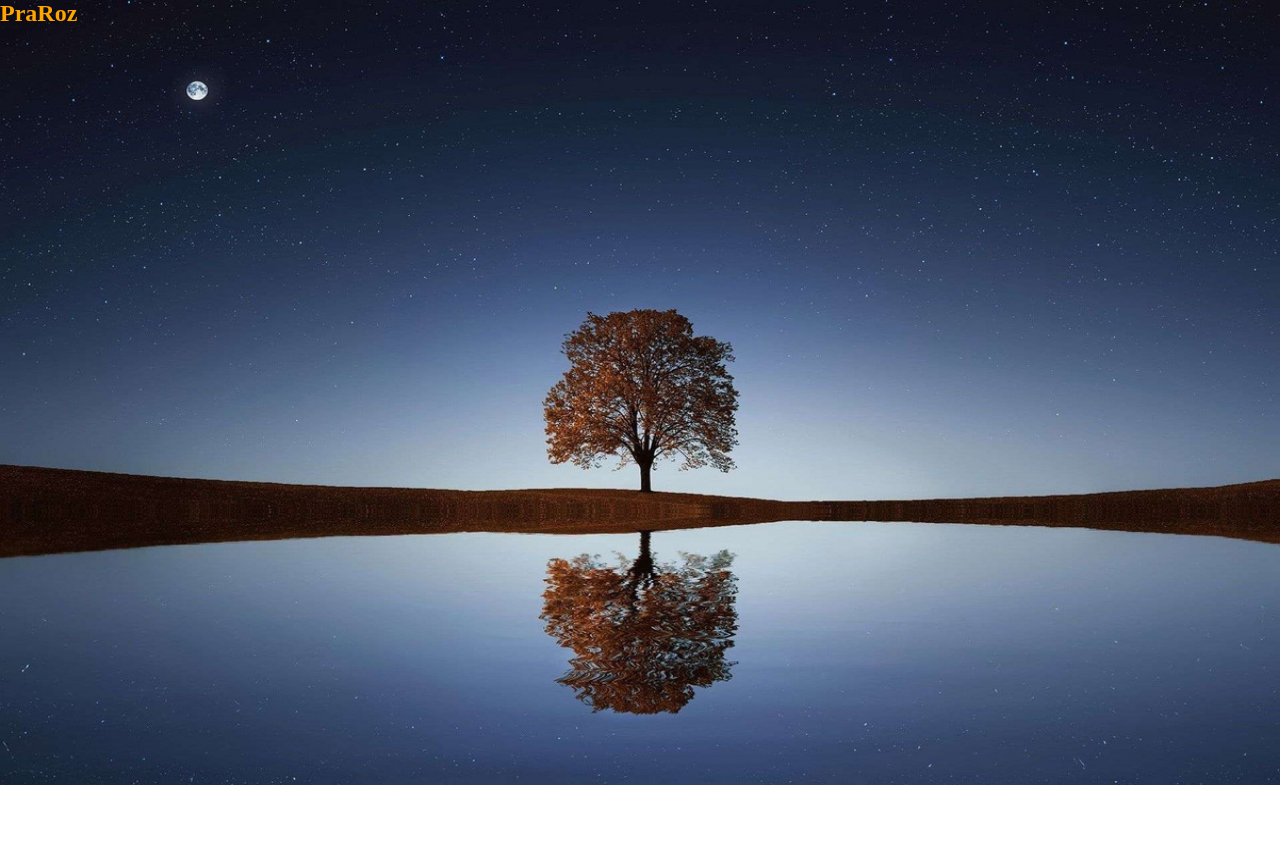
Repository: HuynhDuc23/project3
Page: index.html
These files come from the project's save history. The page is drawn as it stood at one moment and after the next save; the edit follows.
The browser window is 1280 px wide. The pictures show the whole page.

Above is the page before, as saved 2023-05-03 15:33:48.

After the next save:
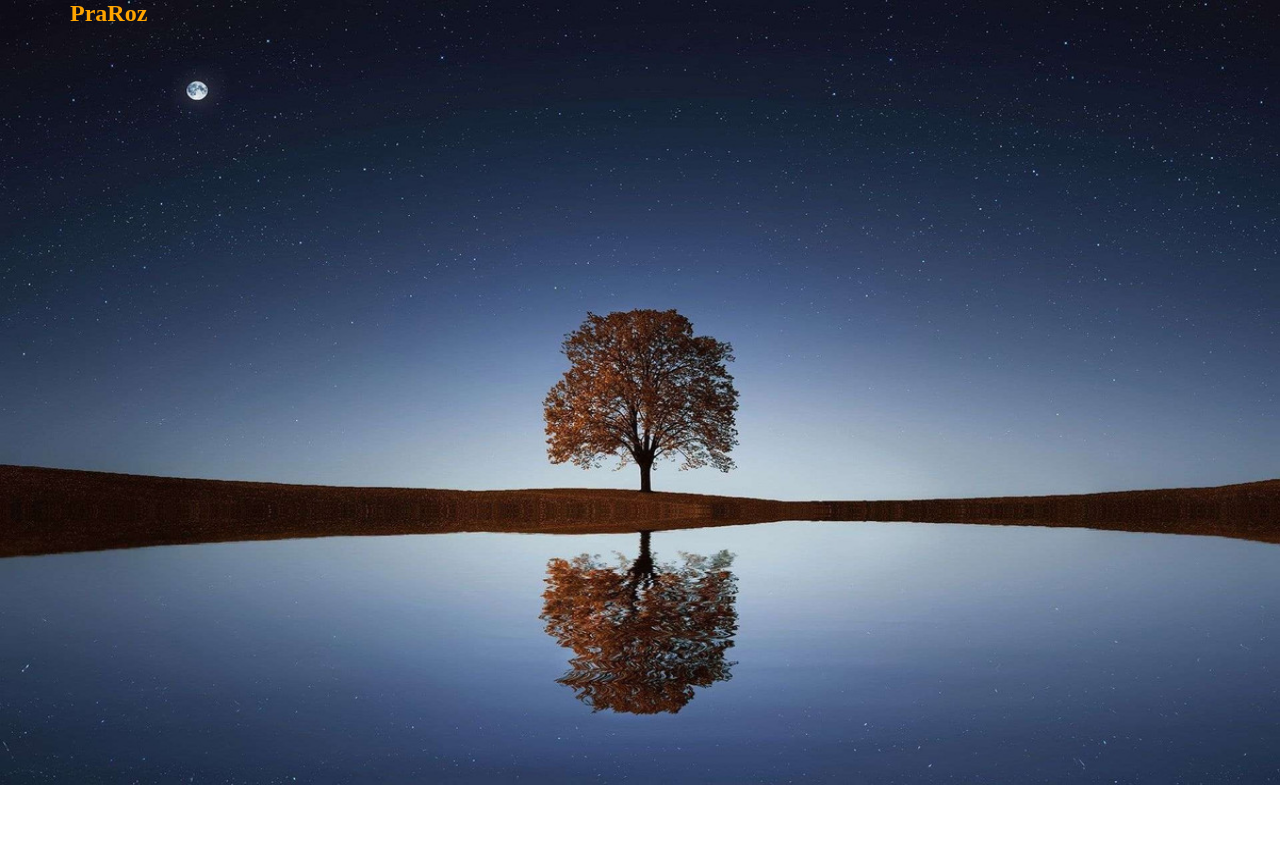
Saved 21 s later.
--- a/style.css
+++ b/style.css
@@ -22,7 +22,7 @@
     float: left;
     height: 70px;
     position: absolute;
-    left: 0;
+    left: 70px;
     top: 0;
 }
 .logo {
